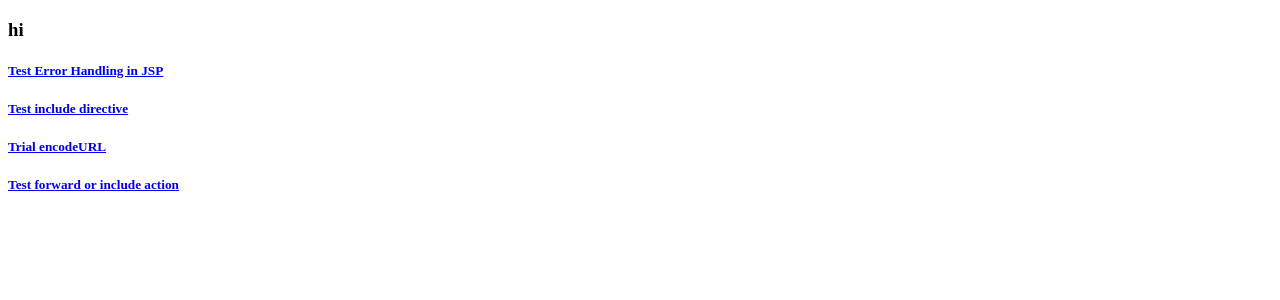
Repository: akshay399/adv-java-daywise
Page: http://localhost/day6.1_rerun/
An editor plug-in stored every save of this project. The page is shown before and after the next save, followed by the edit.
The browser window is 1280 px wide. The pictures show the whole page.
The page is served by Tomcat 9. Nobody is signed in. The application's start-up code is not run.

Above is the page before, as saved 2022-11-28 18:56:19.

After the next save:
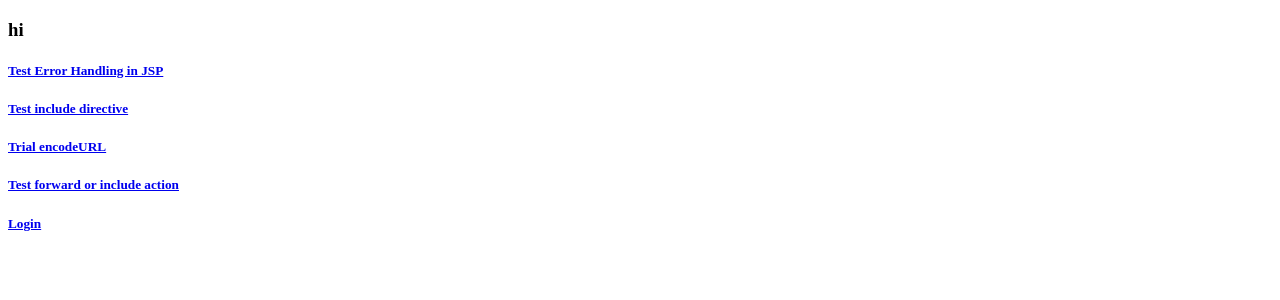
Saved 37 s later.
--- a/day6.1_rerun/src/main/webapp/index.jsp
+++ b/day6.1_rerun/src/main/webapp/index.jsp
@@ -24,5 +24,6 @@
 
 	</h5>
 	<h5><a href="test4.jsp">Test forward or include action</a></h5>
+	<h5><a href="login.jsp">Login</a></h5>
 </body>
 </html>
